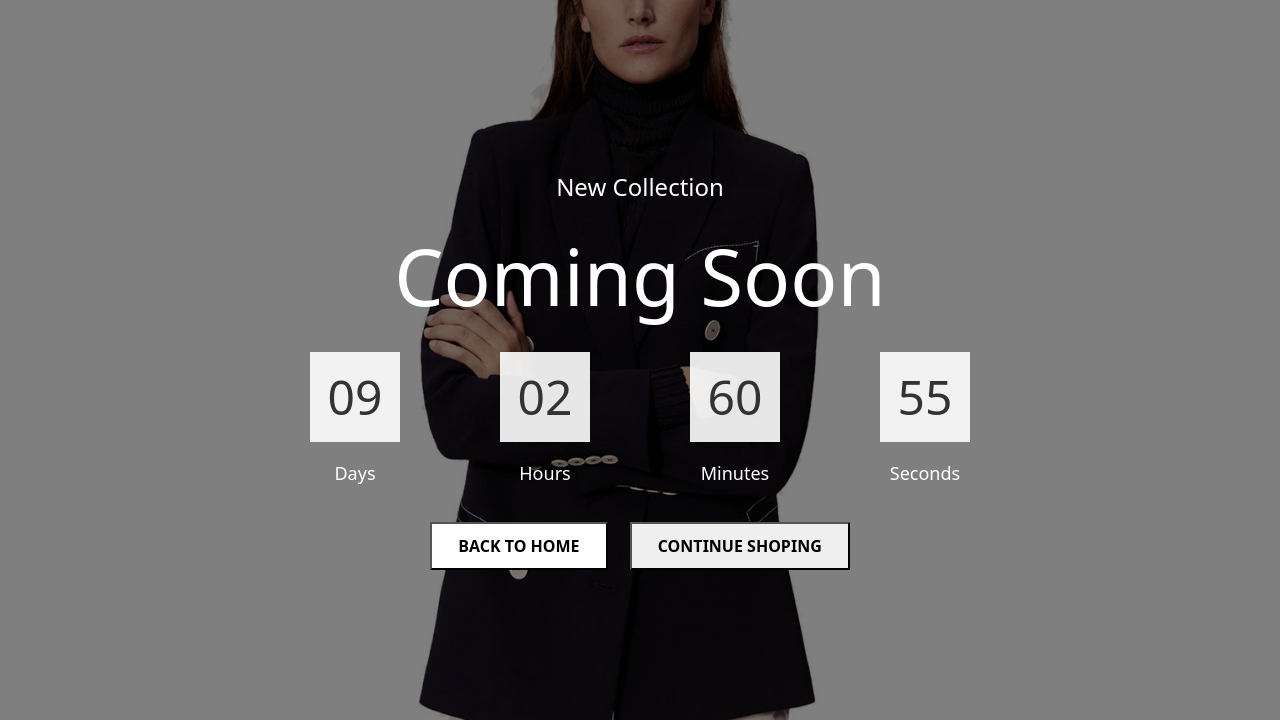
Repository: ST-United-Internship/Modaz-4life
Page: comingsoon&FAQ/commingsoon.html
An editor plug-in stored every save of this project. The page is shown before and after the next save, followed by the edit.
The browser window is 1280 px wide. The pictures show the whole page.

Above is the page before, as saved 2023-03-22 09:32:38.

### comingsoon&FAQ/commingsoon.html
<!DOCTYPE html>
<html lang="en">
<head>
    <meta charset="UTF-8">
    <meta http-equiv="X-UA-Compatible" content="IE=edge">
    <meta name="viewport" content="width=device-width, initial-scale=1.0">
    <link rel="stylesheet" type="text/css" href="css/comming-soon.css">
    <link href="https://cdn.jsdelivr.net/npm/bootstrap@5.3.0-alpha1/dist/css/bootstrap.min.css" rel="stylesheet" integrity="sha384-GLhlTQ8iRABdZLl6O3oVMWSktQOp6b7In1Zl3/Jr59b6EGGoI1aFkw7cmDA6j6gD" crossorigin="anonymous">
    <title>Document</title>
</head>
<body>
    <section class="my-container">
        <img src="Assets/Images/bg-parallax2.jpg" alt="">
        <header>New Collection</header>
        <p>Coming Soon</p>
        <div class="time-titles">
            <div class="time days">
                <span class="number"></span>
                <span class="title-text">Days</span>
            </div>
            <div class="time hours">
                <span class="number"></span>
                <span class="title-text">Hours</span>
            </div>
            <div class="time minutes">
                <span class="number">09</span>
                <span class="title-text">Minutes</span>
            </div>
            <div class="time seconds">
                <span class="number">09</span>
                <span class="title-text">Seconds</span>
            </div>
        </div>
        <div class="flat-button">
            <button type="button" class="bg-white">BACK TO HOME</button>
            <button type="button">CONTINUE SHOPING</button>
            </div>
       </section>
    </section>

    <script src="./javaScript/ScriptTime.js"></script>
    <script src="https://cdn.jsdelivr.net/npm/@popperjs/core@2.11.6/dist/umd/popper.min.js" integrity="sha384-oBqDVmMz9ATKxIep9tiCxS/Z9fNfEXiDAYTujMAeBAsjFuCZSmKbSSUnQlmh/jp3" crossorigin="anonymous"></script>
    <script src="https://cdn.jsdelivr.net/npm/bootstrap@5.3.0-alpha1/dist/js/bootstrap.min.js" integrity="sha384-mQ93GR66B00ZXjt0YO5KlohRA5SY2XofN4zfuZxLkoj1gXtW8ANNCe9d5Y3eG5eD" crossorigin="anonymous"></script>
</body>
</html>

### comingsoon&FAQ/css/comming-soon.css
*{
    margin: 0;
    padding: 0;
    box-sizing: border-box;

}
.my-container{
    height: 100vh;
    row-gap: 15px;
    width: 100%;
    display: flex;
    justify-content: center;
    flex-direction: column;
    overflow: hidden;
    align-items: center;
    background-color: rgb(0, 0, 0,.5);
}

.my-container img{
    position: absolute;
    height: 100%;
    width: 100%;
    object-fit: cover;
    z-index: -1;
}

.my-container header{
    line-height: 58px;
    color: #fff;
    font-size: 24px;
}

.my-container p{
    color: #fff;
    font-size: 78px;
    line-height: 90px;
    font-weight: 500;
}

.my-container .time-titles{
    display: flex;
    column-gap: 30px;
}

.time-titles .time{
    display: flex;
    align-items: center;
    flex-direction: column;
}

.time .number{
    font-size: 48px;
    font-weight: 500;
    line-height: 90px;
    color: #333;
    width: 90px;
    height: 90px;
    background: rgba(255,255,255,.9);
    text-align: center;
    margin: 0 35px 18px;
    text-transform: capitalize;
}

.time .title-text{
    color: #fff;
}

.time .title-text{
    font-size: 18px;
    text-transform: capitalize;
}

.flat-button{
    /* position: relative;
    max-width: 360px;
    width: 100%; */
    height: 40px;
    margin-top: 20px;

}

.flat-button button{
    padding: 7px 26px;
    font-weight: 700;
    line-height: 30px;
    text-transform: uppercase;
    margin: 0 9px;
}

@media screen and (max-width: 300px){
    .container header{
        font-size: 50px;
    }
}

### comingsoon&FAQ/javaScript/ScriptTime.js
const seconds = document.querySelector(".seconds .number");
const minutes = document.querySelector(".minutes .number");
const hours = document.querySelector(".hours .number");
const days = document.querySelector(".days .number");


let secvalues = 60,
    minvalues = 60,
    houvalues = 2,
    dayvalues = 9;

const timeFunc = setInterval(()=>{
    secvalues--;
    if (secvalues === 0) {
        minvalues--
        secvalues = 60;
    }
    if (minvalues === 0) {
        houvalues--
        minvalues = 60;
    }
    if (houvalues === 0) {
        dayvalues--
        houvalues = 60;
    }
    if (dayvalues === 0) {
        clearInterval(timeFunc)
    }
    seconds.textContent = secvalues < 10 ? `0${secvalues}` : secvalues;
    minutes.textContent = minvalues < 10 ? `0${minvalues}` : minvalues;
    hours.textContent = houvalues < 10 ? `0${houvalues}` : houvalues;
    days.textContent = dayvalues < 10 ? `0${dayvalues}` : dayvalues;
    minvalues.textContent = minvalues;
},1000)

After the next save:
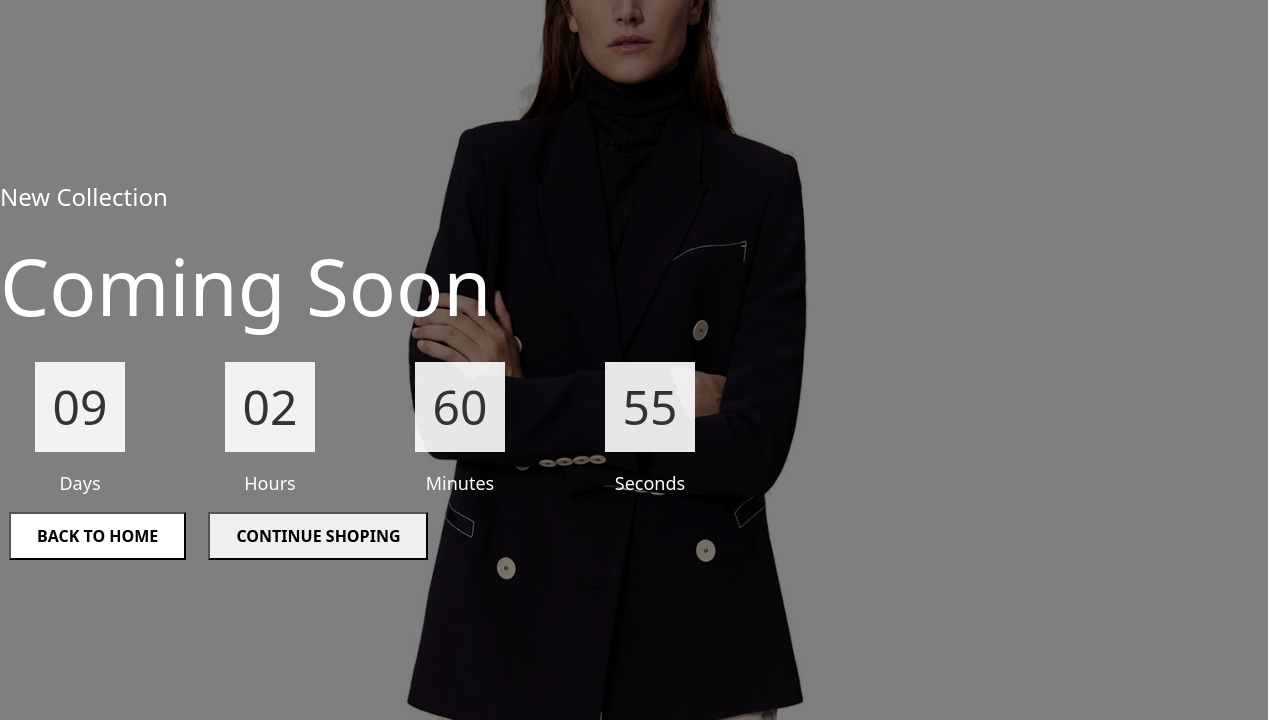
Saved 22 s later.
--- a/comingsoon&FAQ/commingsoon.html
+++ b/comingsoon&FAQ/commingsoon.html
@@ -9,7 +9,7 @@
     <title>Document</title>
 </head>
 <body>
-    <section class="my-container">
+    <section class="my-container row">
         <img src="Assets/Images/bg-parallax2.jpg" alt="">
         <header>New Collection</header>
         <p>Coming Soon</p>

After the 3 saves that followed:
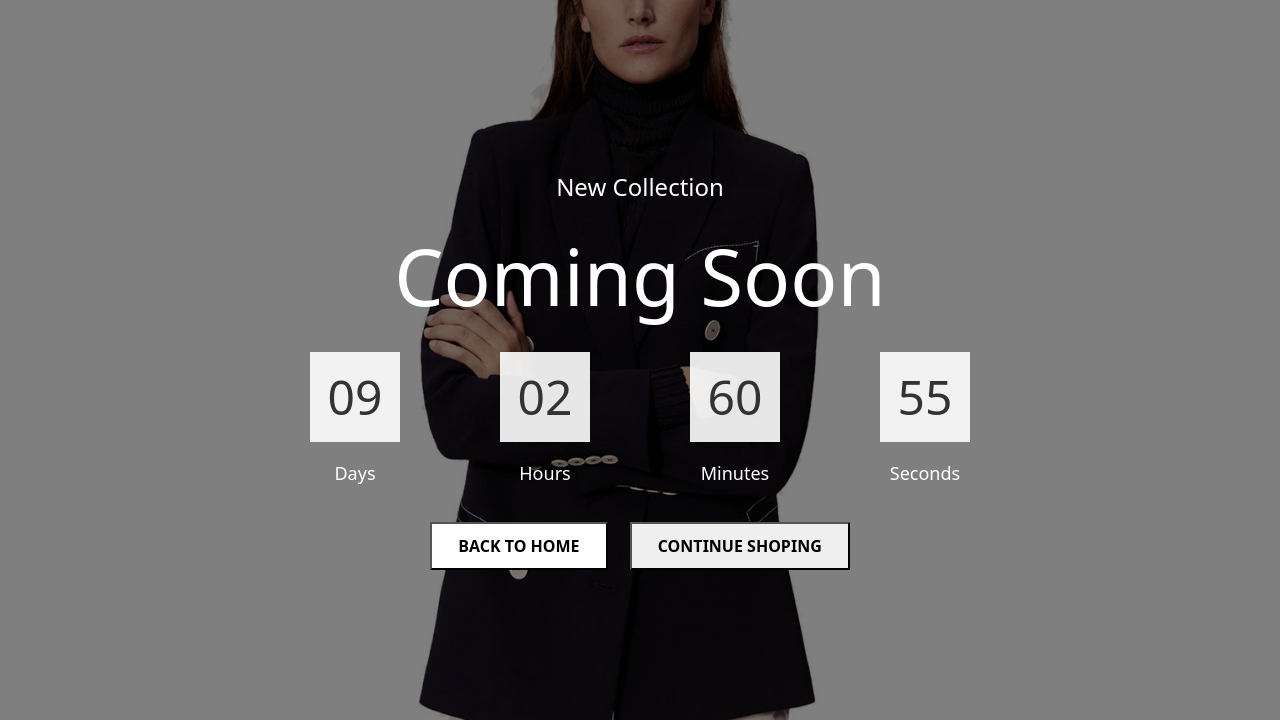
The 3 saves are shown as one change because 2 left the picture as it was.
The last was saved 39 s later.
--- a/comingsoon&FAQ/commingsoon.html
+++ b/comingsoon&FAQ/commingsoon.html
@@ -9,7 +9,7 @@
     <title>Document</title>
 </head>
 <body>
-    <section class="my-container row">
+    <section class="my-container">
         <img src="Assets/Images/bg-parallax2.jpg" alt="">
         <header>New Collection</header>
         <p>Coming Soon</p>
